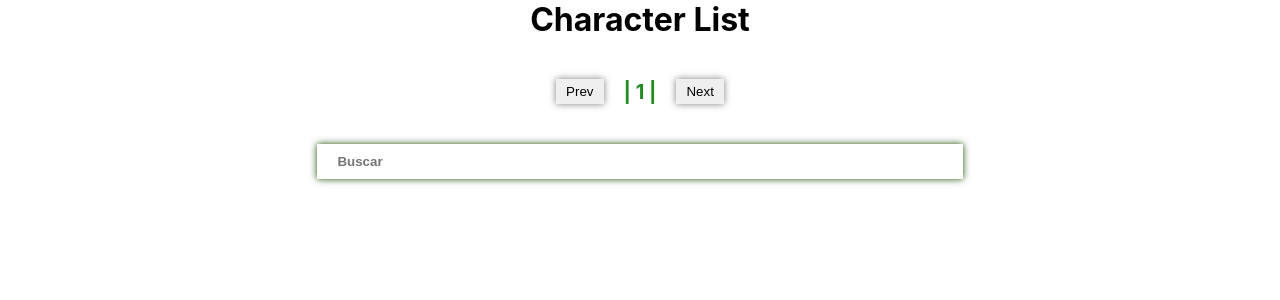
Repository: DanielVegaf/rick-and-morty-api
Page: /
An editor plug-in stored every save of this project. The page is shown before and after the next save, followed by the edit.
The browser window is 1280 px wide. The pictures show the whole page.
The page's requests for data from a server got no answer. The project was rebuilt for these pictures with package versions that can differ from the ones it lists, and the page was loaded fresh each time. No one was signed in, and anything a server would have sent is missing. Also part of the build but not shown: vite.config.js, src/components/characterDetails/CharacterDetails.jsx.

Above is the page before, as saved 2022-07-11 12:01:14.

### src/App.jsx
import { Routes, Route } from 'react-router-dom';

import './App.css'
import { CharacterDetails } from './components/characterDetails/CharacterDetails';
import { CharactersList } from './components/characterList/CharactersList';


function App() {

  return (
    <div className="App">
        <Routes>
          <Route path='/' element={<CharactersList />}/>
          <Route path='/character/:characterId' element={<CharacterDetails />}/>
        </Routes>
    </div>
  )
}

export default App

### src/App.css
*{
  margin: 0;
  padding: 0;
  box-sizing: border-box;
  text-decoration: none;
}

.App {
  display: flex;
  flex-direction: column;
  align-items: center;
  text-align: center;
}

.container{
  width: 70%;
  margin: 20px;
}

.buttons{
  display: flex;
  align-items: center;
  justify-content: center;
  padding: 20px;
}

.buttons button{
  border: none;
  margin: 0 20px;
  padding: 5px 10px;
  cursor: pointer;
  transition: transform .1s ease-in-out;
  box-shadow: 0 0 7px rgb(0, 0, 0, 0.5);
}
.buttons button:active {
  transform: scale(.93);
}
.page{
  color: forestgreen;
  font-weight: bold;
  font-size: 20px;
}

input{
  margin: 20px 0 40px;
  padding: 10px 20px;
  border: none;
  box-shadow: 0 0 7px rgb(27, 80, 2);
  font-weight: bold;
  outline: none;
  width: 72%;
}

.gallery{
  display: flex;
  align-items: center;
  justify-content: center;
  margin: 0 0 40px;
}

.infoImage{
  width: 300px;
  height: 300px;
  overflow: hidden;
}

.infoImage img{
  width: inherit;
  height: inherit;
  transition: transform .2s ease-in-out;
}

.infoImage img:hover{
  transition: transform .2s ease-in-out;
  transform: scale(1.1);
}


.info{
  width: 300px;
  box-shadow: 0 0 7px rgb(27, 80, 2);
  color: forestgreen;
  font-weight: bold;
  font-size: 24px;
  cursor: pointer;
}

.info:active{
  transform: scale(.99);
}

.infoName{
  padding: 20px;
}

### src/components/characterList/CharactersList.jsx
import { useState, useEffect, useRef } from 'react';
import { Link } from 'react-router-dom';

import { getAllCharacters, searchCharacter } from '../../services/api';

export function CharactersList() {

    const inputSearch = useRef(null);
    const [character, setCharacter] = useState([])
    const [page, setPage] = useState(1)
    const [search, setSearch] = useState("")

    useEffect(() => {
        getAllCharacters(page)
            .then(setCharacter)
            .catch(console.log)
    }, [page])

    const onChangePage = (next) => {
        if (!character.previous && page + next <= 0) return;
        if (!character.next && page + next >= 42) return;

        setPage(page + next)
    }

    const onTextSearch = (event) => {
        event.preventDefault();
        const text = inputSearch.current.value;
        setSearch(text);
    }

    const onSearchSubmit = (event) => {
        if (event.key !== 'Enter') return;

        inputSearch.current.value = "";
        searchCharacter(search).then(setCharacter).catch(console.log);
    }

    return (
        <>
            <h1>Character List</h1>
            <div className="container">

                <div className="buttons">
                    <button onClick={() => onChangePage(-1)}>Prev</button>
                    <p className='page'>| {page} |</p>
                    <button onClick={() => onChangePage(1)}>Next</button>
                </div>

                <input
                    ref={inputSearch}
                    type="text"
                    onChange={onTextSearch}
                    onKeyDown={onSearchSubmit}
                    placeholder="Buscar"
                />

                {
                    character?.results?.map((char, index) => {
                        return (
                            <div
                                className='gallery'
                                key={index}
                            >
                                <Link to={`/character/${char.id}`}>
                                    <div className="info">
                                        <div className="infoImage">
                                            <img src={char.image} alt="" />
                                        </div>
                                        <div className="infoName">
                                            <p>{char.name}</p>
                                        </div>
                                    </div>
                                </Link>
                            </div>
                        )
                    })
                }
            </div>
        </>
    );
};

### src/services/api.js
const BASE_URL = "https://rickandmortyapi.com/api/character";

export async function getAllCharacters(page = 1){
    try {
        const response = await fetch(`${BASE_URL}/?page=${page}`);
        const data = await response.json();
        // console.log(data);
        return data;
    } catch (error) {
        console.log(error);
    }
}

export async function searchCharacter(name){
    try {
        const response = await fetch(`${BASE_URL}/?name=${name}`)
        const data = await response.json();
        // console.log(data);
        return data;
    } catch (error) {
        console.log(error);
    }
}


export async function getSingleCharacter(id){
    try {
        const response = await fetch(`${BASE_URL}/${id}`);
        const data = await response.json();
        // console.log(data);
        return data;
    } catch (error) {
        console.log(error);
    }
}

Loaded but not shown: index.html (common file); src/main.jsx (common file); src/index.css (common file)

After the next save:
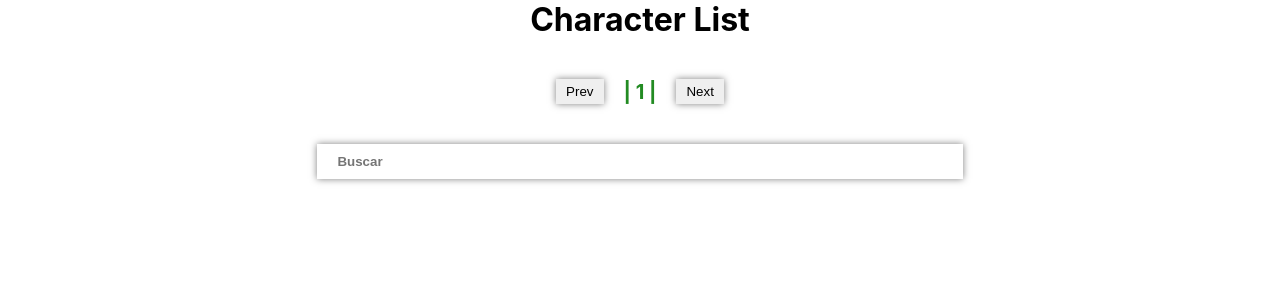
Saved 17 s later.
--- a/src/App.css
+++ b/src/App.css
@@ -45,7 +45,7 @@ input{
   margin: 20px 0 40px;
   padding: 10px 20px;
   border: none;
-  box-shadow: 0 0 7px rgb(27, 80, 2);
+  box-shadow: 0 0 7px rgb(0, 0, 0, 0.5);
   font-weight: bold;
   outline: none;
   width: 72%;
